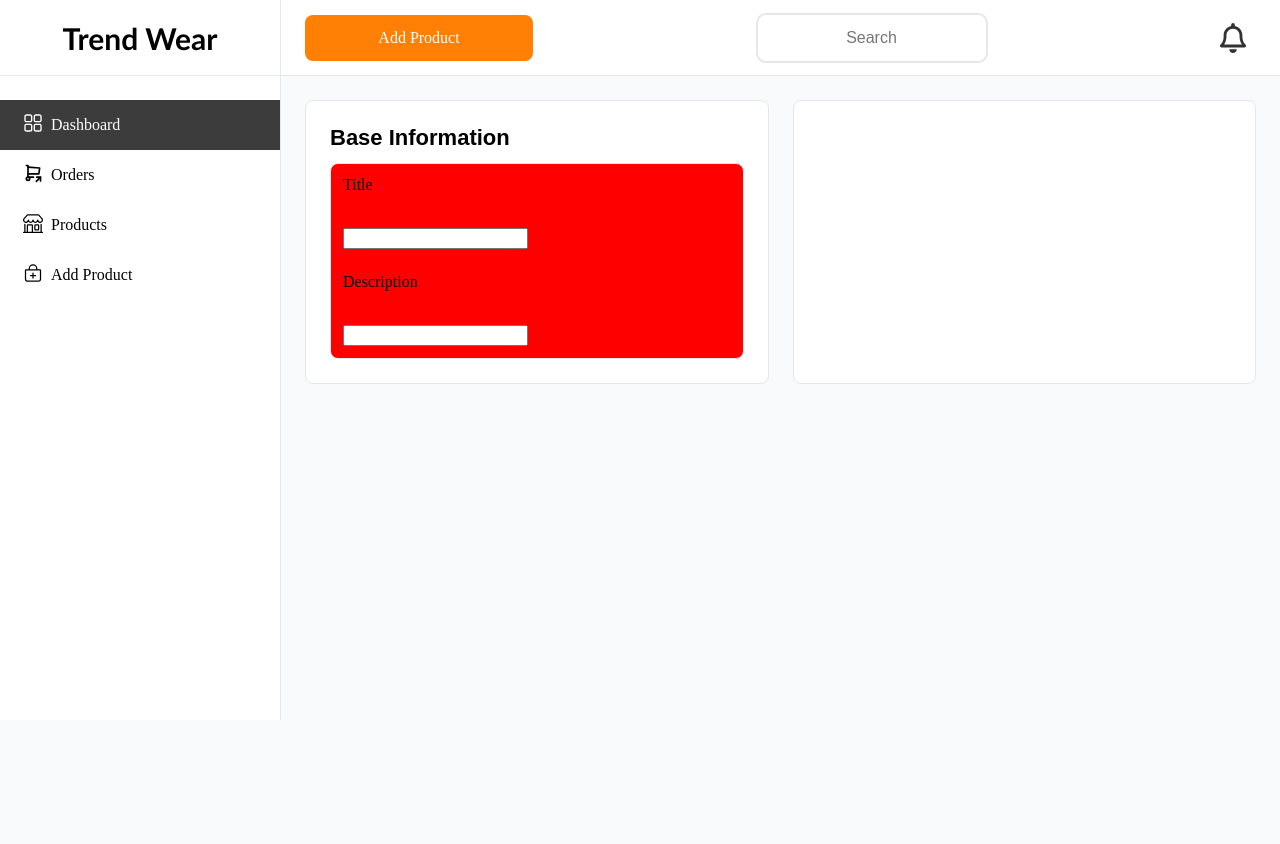
Repository: ahmad-dev7/TrendWear
Page: / (app in trend_wear_dashboard/)
An editor plug-in stored every save of this project. The page is shown before and after the next save, followed by the edit.
The browser window is 1280 px wide. The pictures show the whole page.
The project was rebuilt for these pictures with package versions that can differ from the ones it lists, and the page was loaded fresh each time. Also part of the build but not shown: trend_wear_dashboard/vite.config.ts.

Above is the page before, as saved 2025-01-20 02:42:07.

### trend_wear_dashboard/index.html
<!doctype html>
<html lang="en">

<head>
  <meta charset="UTF-8" />
  <link rel="icon" type="image/svg+xml" href="/vite.svg" />
  <meta name="viewport" content="width=device-width, initial-scale=1.0" />
  <title>Trend Wear</title>
</head>

<body>
  <div id="root"></div>
  <script type="module" src="/src/main.tsx"></script>
</body>

</html>

### trend_wear_dashboard/src/main.tsx
import { StrictMode } from "react";
import { createRoot } from "react-dom/client";
//import "bootstrap/dist/css/bootstrap.css";
import "./App.css";
import App from "./App.tsx";

createRoot(document.getElementById("root")!).render(
  <StrictMode>
    <App />
  </StrictMode>
);

### trend_wear_dashboard/src/App.css
body {
    background-color: #F9FAFB;
    padding: 0;
    margin: 0;
}

#parent {
    display: flex;
}

### trend_wear_dashboard/src/App.tsx
import { useState } from "react";
import Body from "./Components/Body/Body";
import Navbar from "./Components/Navbar/Navbar";
import Sidebar from "./Components/Sidebar/Sidebar";
import AddProducts from "./Components/AddProduct/AddProduct";
//import Dashboard from "./Components/Dashboard/Dashboard";

function App() {
  const [body, setBody] = useState("Dashboard");

  console.log(body);

  return (
    <div id="parent">
      <Sidebar onSelectTab={setBody} />
      <div style={{ flex: 1 }}>
        <Navbar />
        <Body>
          <AddProducts />
        </Body>
      </div>
    </div>
  );
}

export default App;

### trend_wear_dashboard/src/Components/Body/Body.tsx
// Body.tsx
import "./Body.css";

interface Props {
  children: React.ReactNode;
}

const Body = ({ children }: Props) => {
  return <div id="body-content">{children}</div>;
};

export default Body;

### trend_wear_dashboard/src/Components/Navbar/Navbar.tsx
import "./Navbar.css";
import { FaRegBell } from "react-icons/fa6";

const Navbar = () => {
  return (
    <div>
      <div id="top-navbar">
        <div className="nav-item add-product-button">Add Product</div>
        <input className="nav-item" placeholder="Search" type="text" />
        <FaRegBell className="nav-item icon"></FaRegBell>
      </div>
    </div>
  );
};

export default Navbar;

### trend_wear_dashboard/src/Components/Sidebar/Sidebar.tsx
import "./Sidebar.css";
import { RxDashboard } from "react-icons/rx";
import { TbShoppingCartShare } from "react-icons/tb";
import { BsShop } from "react-icons/bs";
import { IoBagAddOutline } from "react-icons/io5";
import { useState } from "react";

interface Props {
  onSelectTab: (tab: string) => void;
}

interface Tabs {
  icon: JSX.Element;
  label: string;
}

const Sidebar = ({ onSelectTab }: Props) => {
  const tabs: Tabs[] = [
    { label: "Dashboard", icon: <RxDashboard size={20} /> },
    { label: "Orders", icon: <TbShoppingCartShare size={20} /> },
    { label: "Products", icon: <BsShop size={20} /> },
    { label: "Add Product", icon: <IoBagAddOutline size={20} /> },
  ];

  const [active, setTab] = useState("Dashboard");

  return (
    <div id="sidebar">
      <div className="header">Trend Wear</div>
      <ul id="sidebar-content">
        {tabs.map((tab) => (
          <li
            key={tab.label}
            className={"tab " + (tab.label == active && "active")}
            onClick={() => {
              setTab(tab.label);
              onSelectTab(tab.label);
            }}
          >
            <div className="icon">{tab.icon}</div>
            <div className="label">{tab.label}</div>
          </li>
        ))}
      </ul>
    </div>
  );
};

export default Sidebar;

### trend_wear_dashboard/src/Components/AddProduct/AddProduct.tsx
import "./AddProduct.css";
import ProductDetails from "./ProductDetails";
import ProductPreview from "./ProductPreview";
const AddProduct = () => {
  return (
    <div className="parent">
      <div className="child">
        <ProductDetails />
      </div>

      <div className="child ">
        <ProductPreview />
      </div>
    </div>
  );
};

export default AddProduct;

### trend_wear_dashboard/src/Components/Body/Body.css
#body-content {
    display: flex;
    flex-direction: column;
    margin: 24px;
    height: 100vh;
    width: calc(100% - 48px);
    box-sizing: border-box;
}

### trend_wear_dashboard/src/Components/Navbar/Navbar.css
#top-navbar {
    display: flex;
    justify-content: space-between;
    align-items: center;
    /* padding: 0 24px; */
    background-color: white;
    height: 75px;
    width: 100%;
    border-bottom: 1px solid #e5e7eb;
}

.nav-item {
    font-size: 16px;
    color: #333;
    text-align: center;
    width: 200px;
    border-radius: 8px;
    padding: 14px;
    text-decoration: none;
}

.add-product-button {
    color: white;
    margin-left: 24px;
    background-color: #ff8005;
}

#top-navbar input {
    border: none;
    outline: 2px solid #e5e7eb;
    flex-grow: 1;
    max-width: 200px;
}

#top-navbar .icon {
    height: 30px;
    width: 30px;
    margin-right: 24px;
}

### trend_wear_dashboard/src/Components/Sidebar/Sidebar.css
/* Sidebar.css */
#sidebar {
    background-color: white;
    width: 280px;
    height: 100vh;
    border-right: 1px solid #e5e7eb;
}

#sidebar .header {
    display: flex;
    justify-content: center;
    align-items: center;
    height: 75px;
    font-size: 30px;
    font-weight: bold;
    font-family: 'Gill Sans', 'Gill Sans MT', Calibri, 'Trebuchet MS', sans-serif;
    background-color: white;
    text-align: center;
    border-bottom: 1px solid #e5e7eb;
}

#sidebar-content {
    list-style-type: none;
    margin-top: 24px;
    padding: 0;
    cursor: pointer;
}

#sidebar-content .tab {
    height: 50px;
    color: black;
    display: flex;
    align-items: center;
    padding-left: 15px;
}

.icon {
    padding: 8px;
}

#sidebar-content .active {
    background-color: #3c3c3c;
    color: white;
}

#sidebar-content .tab:hover:not(.active) {
    background-color: #e5e7eb;
}

### trend_wear_dashboard/src/Components/AddProduct/AddProduct.css
/* AddProduct.css */
.parent {
    display: flex;
    width: 100%;
    gap: 24px;
    box-sizing: border-box;
}

.child {
    flex: 1;
    text-align: center;
    background-color: white;
    border: 1px solid #e5e7eb;
    border-radius: 8px;
}

### trend_wear_dashboard/src/Components/AddProduct/ProductDetails.tsx
import "./ProductDetails.css";
import Spacer from "../../Constants/Spacer";

const ProductDetails = () => {
  return (
    <div className="product-detail-container">
      <p className="heading">Base Information</p>
      <Spacer height="12px" />
      <div className="container">
        <p className="title">Title</p>
        <input className="title-input" type="text" />
        <Spacer height="24px" />
        <p className="description">Description</p>
        <input className="description-input" type="text" />
      </div>
    </div>
  );
};

export default ProductDetails;

### trend_wear_dashboard/src/Components/AddProduct/ProductPreview.tsx
const ProductPreview = () => {
  return <div> </div>;
};

export default ProductPreview;

### trend_wear_dashboard/src/Components/AddProduct/ProductDetails.css
.product-detail-container {
    margin: 0px;
    padding: 24px;
    text-align: start;
}

/* Product details sub-sections heading */
.heading {
    margin: 0px;
    font-size: 22px;
    font-weight: 700;
    font-family: sans-serif;
}

/* Product details sub-sections container */
.container {
    border: 1px solid #e5e7eb;
    padding: 12px;
    background-color: red;
    border-radius: 8px;
}


p:not(.heading) {
    margin: 0px;
    margin-bottom: 34px;
}

### trend_wear_dashboard/src/Constants/Spacer.tsx
interface Props {
  height?: string;
  width?: string;
}

const Spacer = ({ height = "0px", width = "0px" }: Props) => {
  return <div style={{ height: height, width: width }}></div>;
};

export default Spacer;

After the next save:
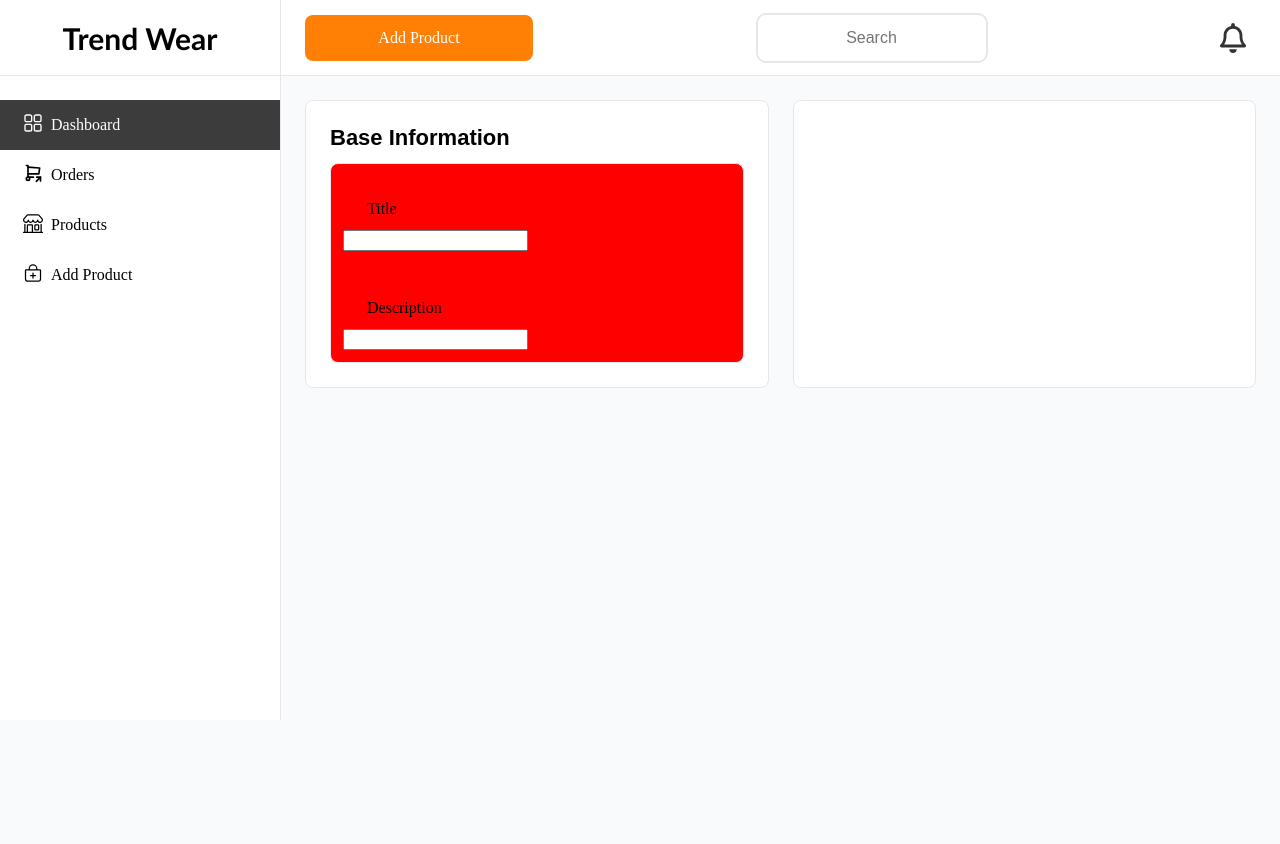
Saved 21 s later.
--- a/trend_wear_dashboard/src/Components/AddProduct/ProductDetails.css
+++ b/trend_wear_dashboard/src/Components/AddProduct/ProductDetails.css
@@ -22,6 +22,6 @@
 
 
 p:not(.heading) {
-    margin: 0px;
-    margin-bottom: 34px;
+    margin: 24px;
+    margin-bottom: 12px;
 }
